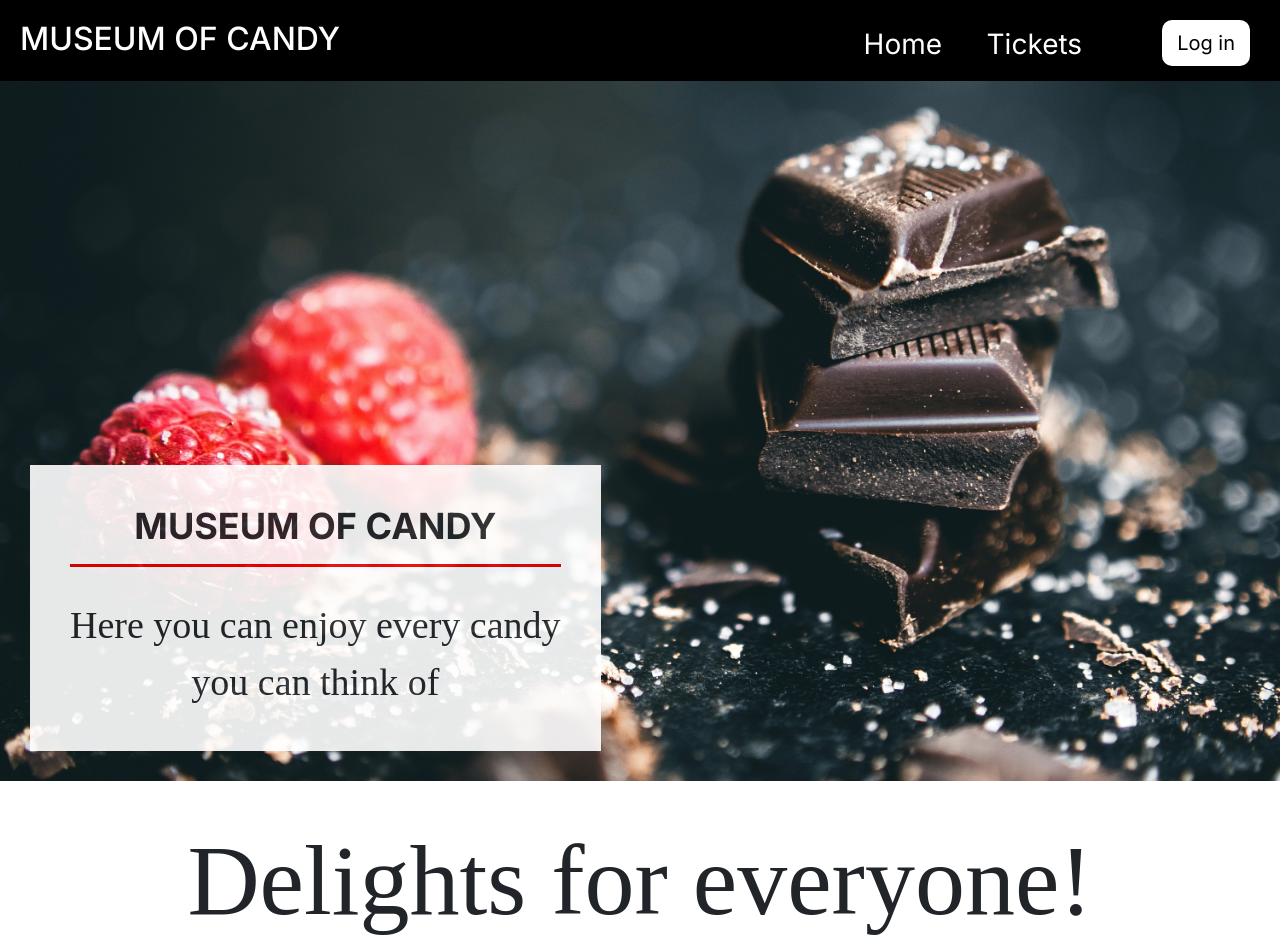
Repository: m-koparanova/MuseumOfCandy
Page: index.html
An editor plug-in stored every save of this project. The page is shown before and after the next save, followed by the edit.
The browser window is 1280 px wide. The pictures show the part of the page from y = 0 to 952 px (the page is 2840 px tall).
A picture or video elsewhere on the page could not be fetched, so the positions and the page height are approximate. Some web fonts or font styles are not loaded; a fallback is used.

Above is the page before, as saved 2023-03-06 00:32:16.

After the next save:
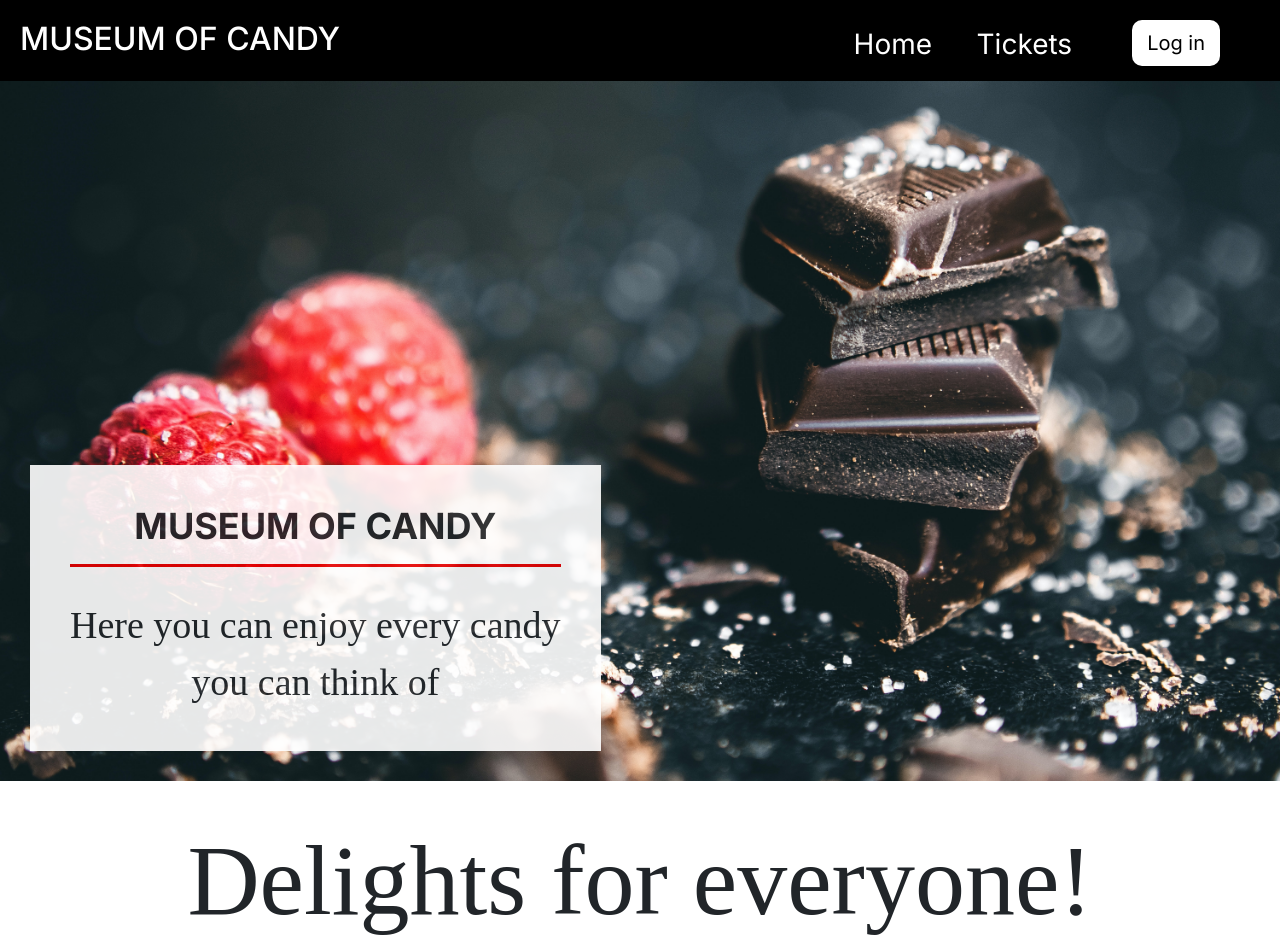
Saved 19 s later.
--- a/style.css
+++ b/style.css
@@ -53,8 +53,8 @@
     background: white;
     border-radius: 10px;
     padding: 8px 15px 8px 15px;
-    margin-right: 30px;
-    margin-left: 60px;
+    margin-right: 60px;
+    margin-left: 40px;
     margin-bottom: 15px;
     font-family: 'Inter', sans-serif;
     text-align: center;
